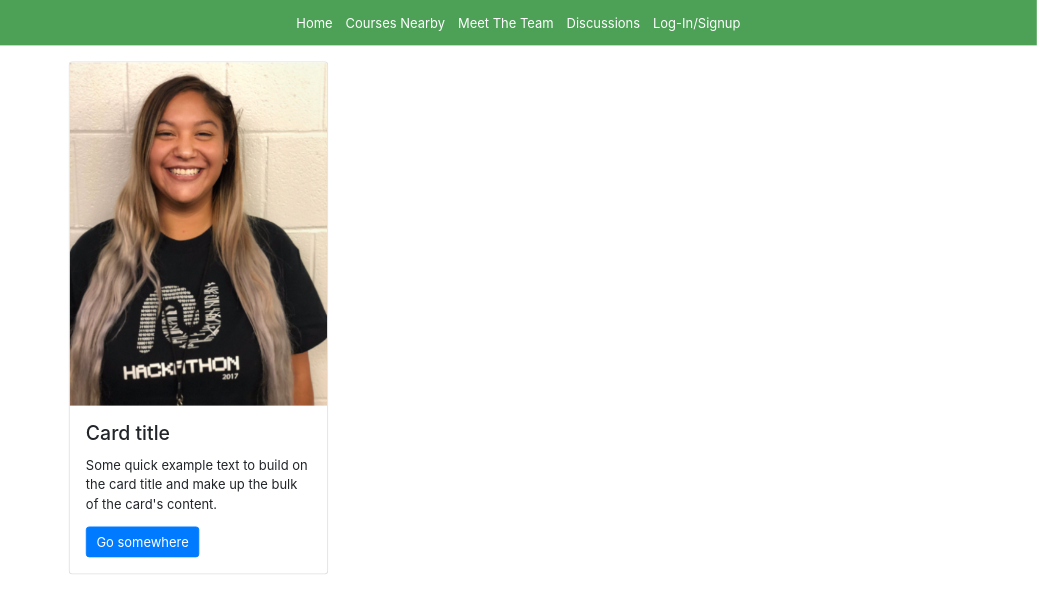
Repository: SamanthaBurnett/Hackathon2017
Page: meet_the_team.html
The author's editor kept a record of every edit. The page is drawn from the files as they stood at one moment, then again after the next edit.
The browser window is 1280 px wide. The pictures show the whole page, at 81% of full size.
Some web fonts or font styles are not loaded; a fallback is used.

Above is the page before.

After the next edit:
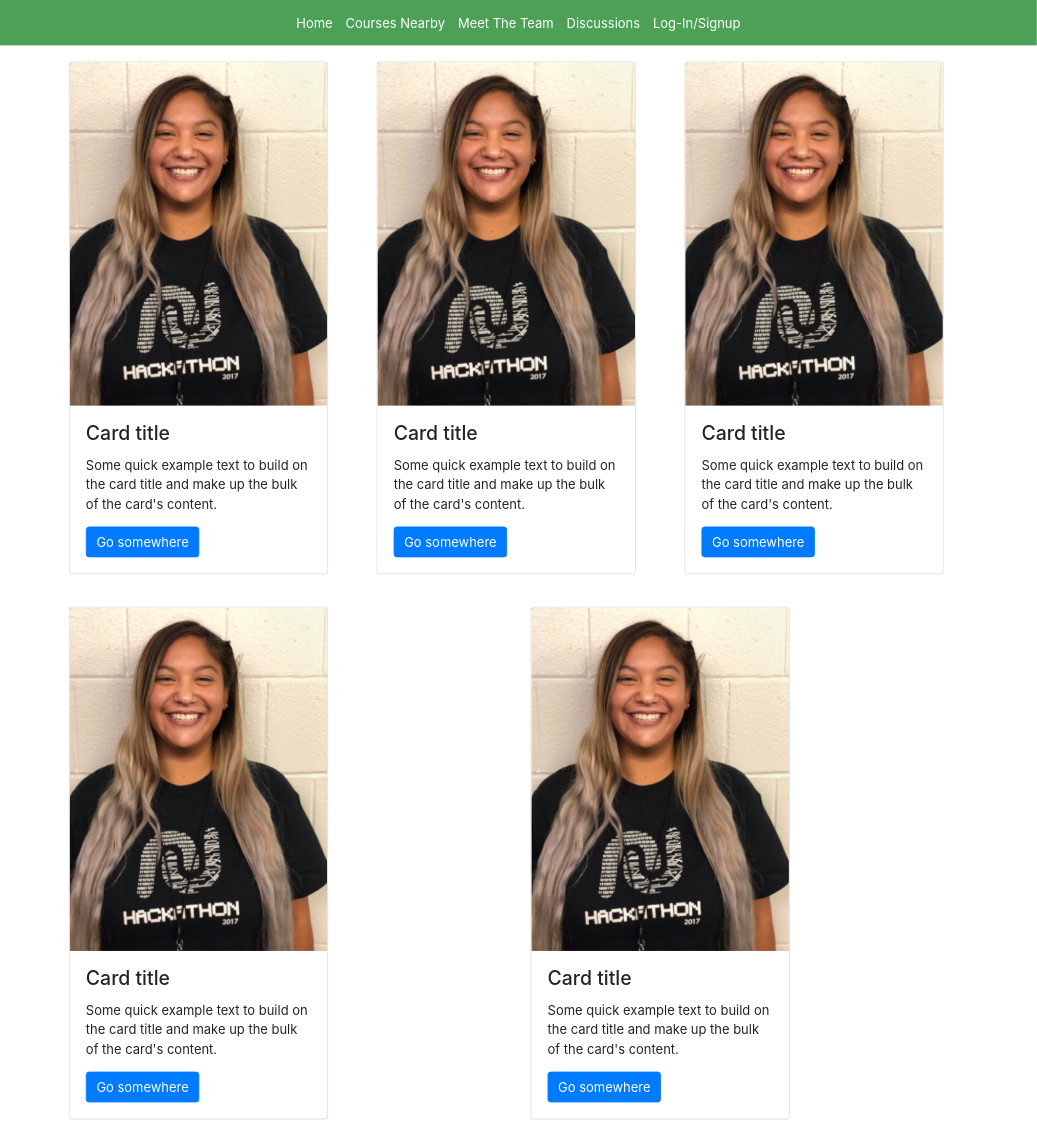
The edit:
--- a/meet_the_team.html
+++ b/meet_the_team.html
@@ -48,6 +48,46 @@
             </div><!--end card-body-->
           </div><!--end card-->
          </div><!--end col-->
+         <div class="col">
+           <div class="card" style="width: 20rem;">
+            <img class="card-img-top" src="assets/images/Erika.JPG" alt="Card image cap">
+            <div class="card-body">
+              <h4 class="card-title">Card title</h4>
+              <p class="card-text">Some quick example text to build on the card title and make up the bulk of the card's content.</p>
+              <a href="#" class="btn btn-primary">Go somewhere</a>
+            </div><!--end card-body-->
+          </div><!--end card-->
+         </div><!--end col-->
+         <div class="col">
+           <div class="card" style="width: 20rem;">
+            <img class="card-img-top" src="assets/images/Erika.JPG" alt="Card image cap">
+            <div class="card-body">
+              <h4 class="card-title">Card title</h4>
+              <p class="card-text">Some quick example text to build on the card title and make up the bulk of the card's content.</p>
+              <a href="#" class="btn btn-primary">Go somewhere</a>
+            </div><!--end card-body-->
+          </div><!--end card-->
+         </div><!--end col-->
+         <div class="col">
+           <div class="card" style="width: 20rem;">
+            <img class="card-img-top" src="assets/images/Erika.JPG" alt="Card image cap">
+            <div class="card-body">
+              <h4 class="card-title">Card title</h4>
+              <p class="card-text">Some quick example text to build on the card title and make up the bulk of the card's content.</p>
+              <a href="#" class="btn btn-primary">Go somewhere</a>
+            </div><!--end card-body-->
+          </div><!--end card-->
+         </div><!--end col-->
+         <div class="col">
+           <div class="card" style="width: 20rem;">
+            <img class="card-img-top" src="assets/images/Erika.JPG" alt="Card image cap">
+            <div class="card-body">
+              <h4 class="card-title">Card title</h4>
+              <p class="card-text">Some quick example text to build on the card title and make up the bulk of the card's content.</p>
+              <a href="#" class="btn btn-primary">Go somewhere</a>
+            </div><!--end card-body-->
+          </div><!--end card-->
+         </div><!--end col-->
        </div><!--end row-->
      </div><!--end container-->
 
